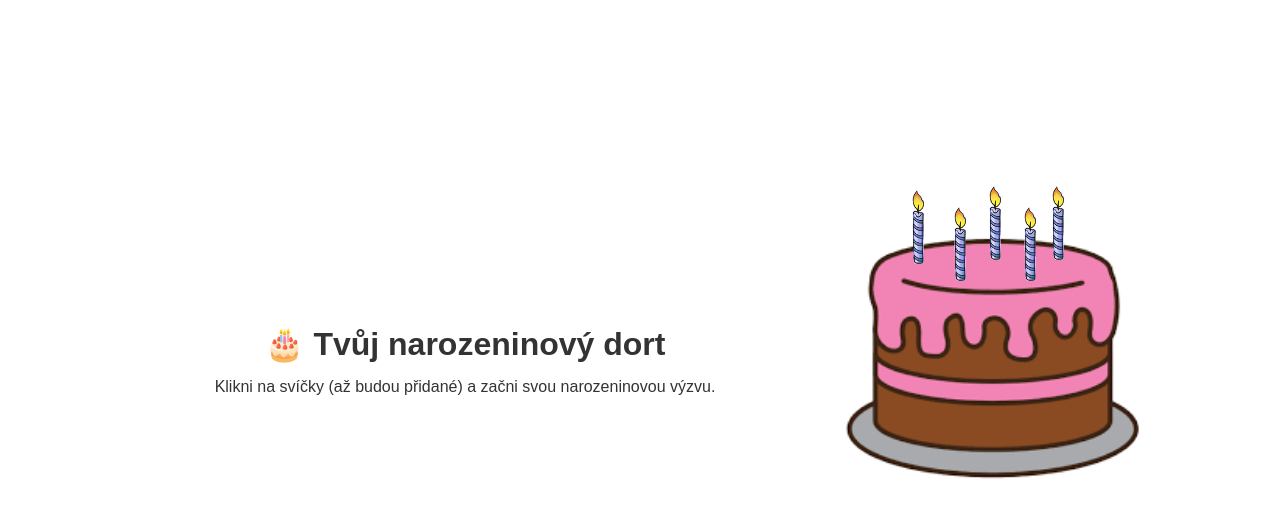
Repository: DanielMicka/darek
Page: html/cake.html
An editor plug-in stored every save of this project. The page is shown before and after the next save, followed by the edit.
The browser window is 1280 px wide. The pictures show the whole page.

Above is the page before, as saved 2026-06-13 19:27:56.

### html/cake.html
<!DOCTYPE html>
<html lang="cs">

<head>
    <meta charset="UTF-8">
    <title>Dort 🎂</title>
    <link rel="stylesheet" href="styles.css">
</head>

<body>

    <div class="container fade">

        <h2>🎂 Tvůj narozeninový dort</h2>

        <p>Klikni na svíčky (až budou přidané) a začni svou narozeninovou výzvu.</p>


    </div>

        <div class="cake-wrapper">
            <img src="/cake.png" class="cake">

            <!-- Svíčka 1 -->
            <img src="/svíčka_ende.png" class="candle c1" data-id="1">

            <!-- Svíčka 2 -->
            <img src="/svíčka_ende.png" class="candle c2" data-id="2">

            <!-- Svíčka 3 -->
            <img src="/svíčka_ende.png" class="candle c3" data-id="3">

            <!-- Svíčka 4 -->
            <img src="/svíčka_ende.png" class="candle c4" data-id="4">

            <!-- Svíčka 5 -->
            <img src="/svíčka_ende.png" class="candle c5" data-id="5">
        </div>


</body>

</html>

### html/styles.css
/* Reset */
* {
    margin: 0;
    padding: 0;
    box-sizing: border-box;
}

body {
    font-family: "Poppins", sans-serif;
    background: white;
    color: #333;
    display: flex;
    justify-content: center;
    align-items: center;
    min-height: 100vh; /* vždy na střed */
    text-align: center;
    padding: 20px;
}

/* Kontejner pro obsah */
.container {
    max-width: 700px;
    width: 100%;
}

/* Obrázky */
img {
    max-width: 100%;
    height: auto;
}

/* Tlačítko */
.btn {
    margin-top: 35px;
    padding: 15px 35px;
    font-size: 1.2rem;
    border: none;
    border-radius: 30px;
    background: #4aa3ff;
    color: white;
    cursor: pointer;
    transition: 0.3s;
}

.btn:hover {
    background: #1f8bff;
    transform: scale(1.05);
}

/* Nadpisy */
h1 {
    font-size: 2.6rem;
    margin-bottom: 15px;
}

h2 {
    font-size: 2rem;
    margin-bottom: 15px;
}

/* Animace */
@keyframes fadeIn {
    from { opacity: 0; transform: translateY(20px); }
    to   { opacity: 1; transform: translateY(0); }
}

.fade {
    animation: fadeIn 1.2s ease;
}
.cake-wrapper {
    position: relative;
    display: inline-block;
}

.cake {
    width: 350px;
}

/* Všechny svíčky */
.candle {
    position: absolute;
    width: 80px; /* upravíš podle obrázku */
    cursor: pointer;
}
/* Svíčka 1 */
.c1 {
    top: 1%;
    left: 18%;
}

/* Svíčka 2 */
.c2 {
    top: 0%;
    left: 40%;
}

/* Svíčka 3 */
.c3 {
    top: 0.1%;
    left: 58%;
}

/* Svíčka 4 */
.c4 {
    top: 6%;
    left: 30%;
}

/* Svíčka 5 */
.c5 {
    top: 6%;
    left: 50%;
}

After the next save:
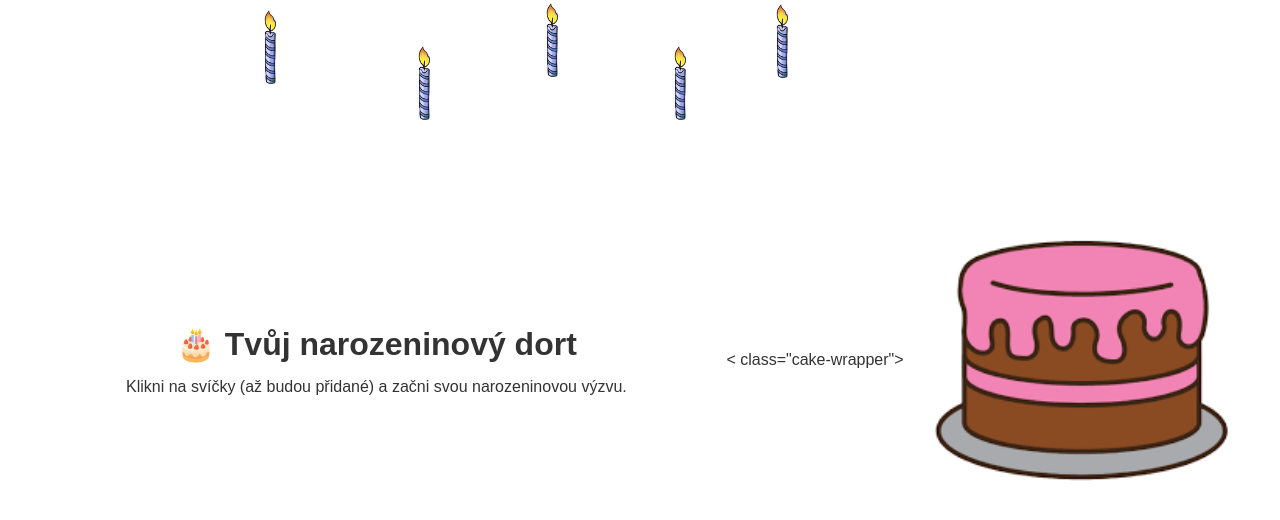
Saved 48 s later.
--- a/html/cake.html
+++ b/html/cake.html
@@ -18,7 +18,7 @@
 
     </div>
 
-        <div class="cake-wrapper">
+        < class="cake-wrapper">
             <img src="/cake.png" class="cake">
 
             <!-- Svíčka 1 -->
